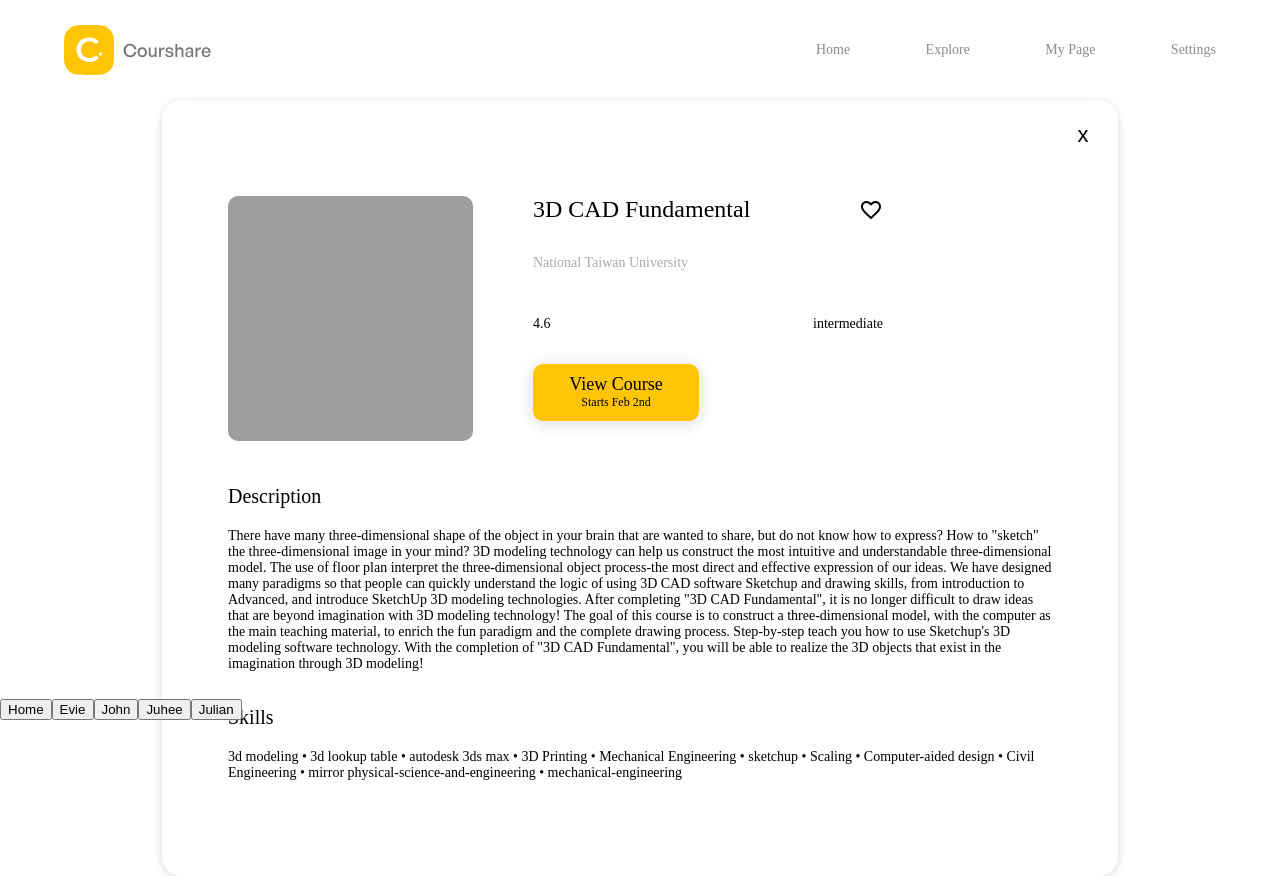
Repository: julianm09/courshare-app
Page: /comps/juhee
These files come from the project's save history. The page is drawn as it stood at one moment and after a run of saves; the edit follows.
The browser window is 1280 px wide. The pictures show the whole page.
Pictures or frames that could not be fetched are drawn as grey boxes. The project was rebuilt for these pictures with package versions that can differ from the ones it lists, and the page was loaded fresh each time. The framework's server and built-in components were replaced by stand-ins that run in the browser. Also part of the build but not shown: next.config.js.

Above is the page before, as saved 2022-02-07 14:53:04.

After the next 5 saves:
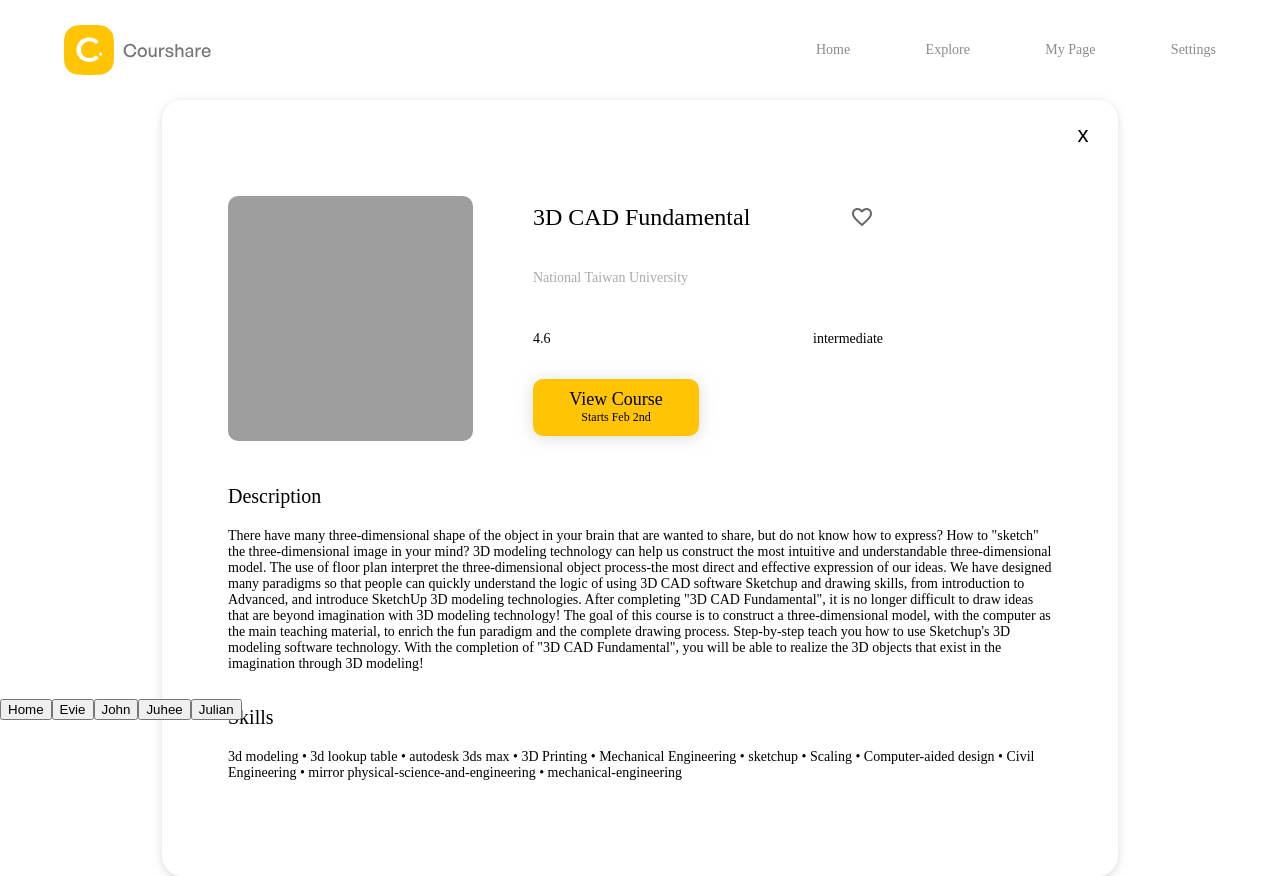
The 5 saves are shown as one change because 4 did not build or start.
The last was saved 8 min 40 s later.
--- a/components/CourseDetailCard.js
+++ b/components/CourseDetailCard.js
@@ -2,6 +2,7 @@ import styled from "styled-components";
 import { useState } from "react";
 import Favorite from "@mui/icons-material/Favorite";
 import FavoriteBorder from "@mui/icons-material/FavoriteBorder";
+import { Checkbox } from "@mui/material";
 import RegisterButton from "../components/RegisterButton";
 
 const BigCont = styled.div`
@@ -104,7 +105,7 @@ export default function CourseDetailCard({
           <RightCont>
             <RightSmallCont>
               <Heading1>{name}</Heading1>
-              <FavoriteBorder />
+              <Checkbox icon={<FavoriteBorder />} checkedIcon={<Favorite />} />
             </RightSmallCont>
             <RightSmallCont>
               <GreyText>{school}</GreyText>
